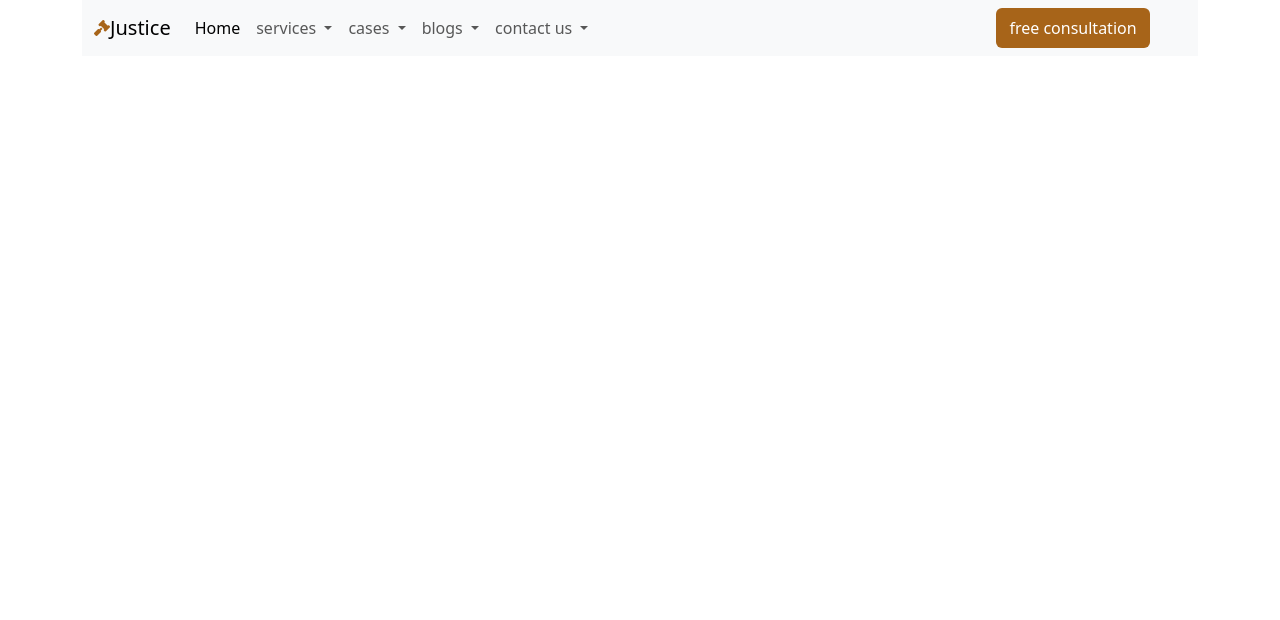
Repository: sadiaafsana138/justice
Page: index.html
The author's editor kept a copy of each file at every save. The page is drawn from the files as they stood at one save, then again after the next save.
The browser window is 1280 px wide. The pictures show the whole page.
Some web libraries are served in a nearby version.

Above is the page before, as saved 2023-01-25 16:49:25.

### index.html
<!DOCTYPE html>
<html lang="en">

<head>
    <meta charset="UTF-8">
    <meta http-equiv="X-UA-Compatible" content="IE=edge">
    <meta name="viewport" content="width=device-width, initial-scale=1.0">
    <title>
        Justice
    </title>
    <link href="https://cdn.jsdelivr.net/npm/bootstrap@5.3.0-alpha1/dist/css/bootstrap.min.css" rel="stylesheet"
        integrity="sha384-GLhlTQ8iRABdZLl6O3oVMWSktQOp6b7In1Zl3/Jr59b6EGGoI1aFkw7cmDA6j6gD" crossorigin="anonymous">
    <script src="https://kit.fontawesome.com/9557e238b6.js" crossorigin="anonymous"></script>
    <link rel="stylesheet" href="css/Styles.css">
</head>

<body>

    <header class="container-lg">
        <nav class="navbar navbar-expand-lg bg-body-tertiary">
            <div class="container-fluid ">
                <!--JUSTICE ICON-->
                <i class="fa-solid fa-gavel primary-color"></i>
                <!--NAVBAR HEADING-->
                <a class="navbar-brand" href="#">Justice</a>
                <button class="navbar-toggler" type="button" data-bs-toggle="collapse"
                    data-bs-target="#navbarSupportedContent" aria-controls="navbarSupportedContent"
                    aria-expanded="false" aria-label="Toggle navigation">
                    <span class="navbar-toggler-icon"></span>
                </button>
                <!--NAVBAR ITEMS-->
                <div class="collapse navbar-collapse" id="navbarSupportedContent">
                    <ul class="navbar-nav mb-2 mb-lg-0">
                        <li class="nav-item">
                            <a class="nav-link active" aria-current="page" href="#">Home</a>
                        </li>
                        <li class="nav-item dropdown">
                            <a class="nav-link dropdown-toggle" href="#" role="button" data-bs-toggle="dropdown"
                                aria-expanded="false">
                                services
                            </a>
                            <ul class="dropdown-menu">
                                <li><a class="dropdown-item" href="#">ITEMS</a></li>
                            </ul>
                        </li>
                        <li class="nav-item dropdown">
                            <a class="nav-link dropdown-toggle" href="#" role="button" data-bs-toggle="dropdown"
                                aria-expanded="false">
                                cases
                            </a>
                            <ul class="dropdown-menu">
                                <li><a class="dropdown-item" href="#">ITEMS</a></li>
                            </ul>
                        </li>
                        <li class="nav-item dropdown">
                            <a class="nav-link dropdown-toggle" href="#" role="button" data-bs-toggle="dropdown"
                                aria-expanded="false">
                                blogs
                            </a>
                            <ul class="dropdown-menu">
                                <li><a class="dropdown-item" href="#">ITEMS</a></li>
                            </ul>
                        </li>
                        <li class="nav-item dropdown">
                            <a class="nav-link dropdown-toggle" href="#" role="button" data-bs-toggle="dropdown"
                                aria-expanded="false">
                                contact us
                            </a>
                            <ul class="dropdown-menu">
                                <li><a class="dropdown-item" href="#">ITEMS</a></li>
                            </ul>
                        </li>

                    <!--navbar button-->
                        <button class="btn Btn-primary-color text-primary-color1 navbar-btn" type="submit">free consultation</button>

                </div>
            </div>
        </nav>
    </header>
    <main>

    </main>
    <footer>

    </footer>

    <script src="https://cdn.jsdelivr.net/npm/bootstrap@5.3.0-alpha1/dist/js/bootstrap.bundle.min.js"
        integrity="sha384-w76AqPfDkMBDXo30jS1Sgez6pr3x5MlQ1ZAGC+nuZB+EYdgRZgiwxhTBTkF7CXvN"
        crossorigin="anonymous"></script>

</body>

</html>

### css/Styles.css
.primary-color{
    color: rgb(167, 100, 25);
}
.Btn-primary-color{
    background : rgb(167, 100, 25);;
}
.text-primary-color1{
    color: white;
}
.navbar-btn{
    margin-left: 400px;
}

After the next save:
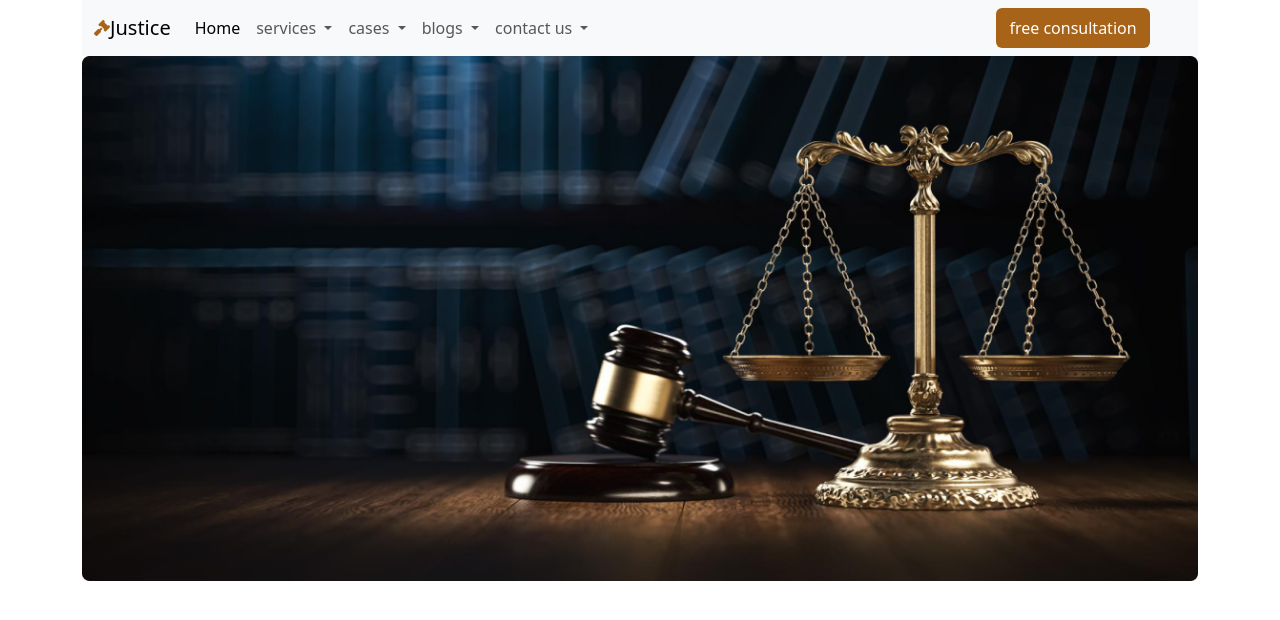
Saved 3 min 51 s later.
--- a/index.html
+++ b/index.html
@@ -73,12 +73,14 @@
 
                     <!--navbar button-->
                         <button class="btn Btn-primary-color text-primary-color1 navbar-btn" type="submit">free consultation</button>
-
                 </div>
             </div>
         </nav>
     </header>
-    <main>
+    <main class="container-lg">
+        <section >
+            <img src="images/banner.png" class="img-fluid" alt="...">
+        </section>
 
     </main>
     <footer>

After the 2 saves that followed:
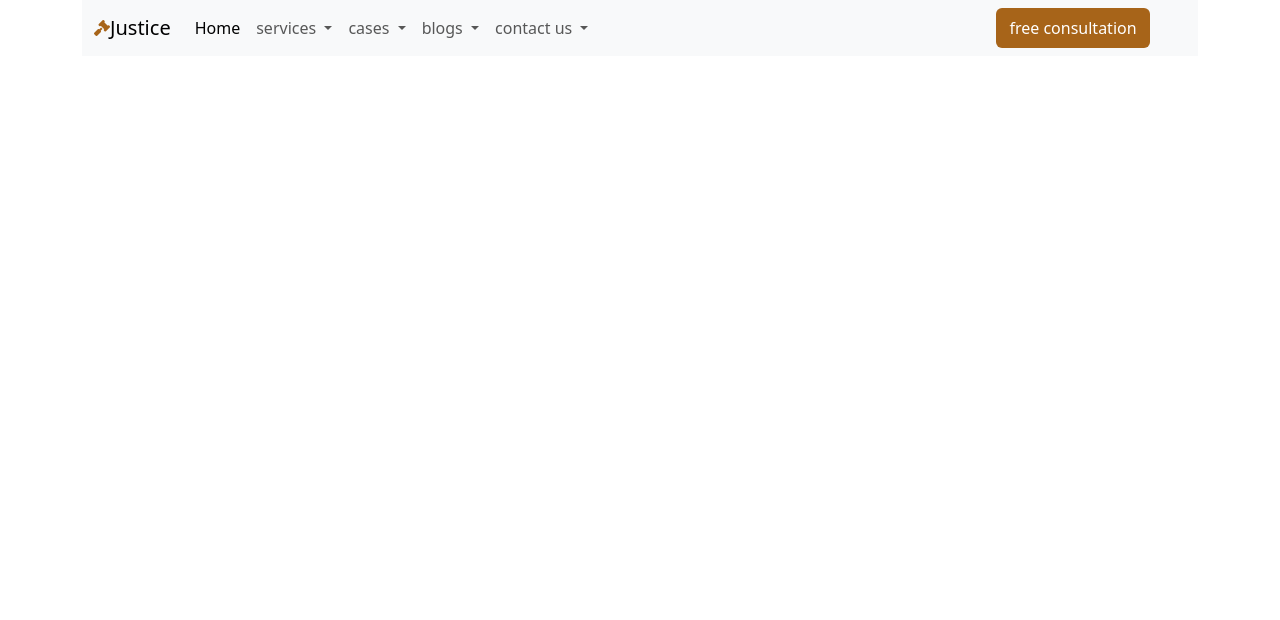
The 2 saves are shown as one change because 1 left the picture as it was.
The last was saved 4 min 27 s later.
--- a/index.html
+++ b/index.html
@@ -78,8 +78,11 @@
         </nav>
     </header>
     <main class="container-lg">
-        <section >
-            <img src="images/banner.png" class="img-fluid" alt="...">
+        <section class="banner-bg">
+
+            <div>
+                <h6 class="text-primary-color1">We Provide Effective Legal Solutions</h6>
+            </div>
         </section>
 
     </main>
